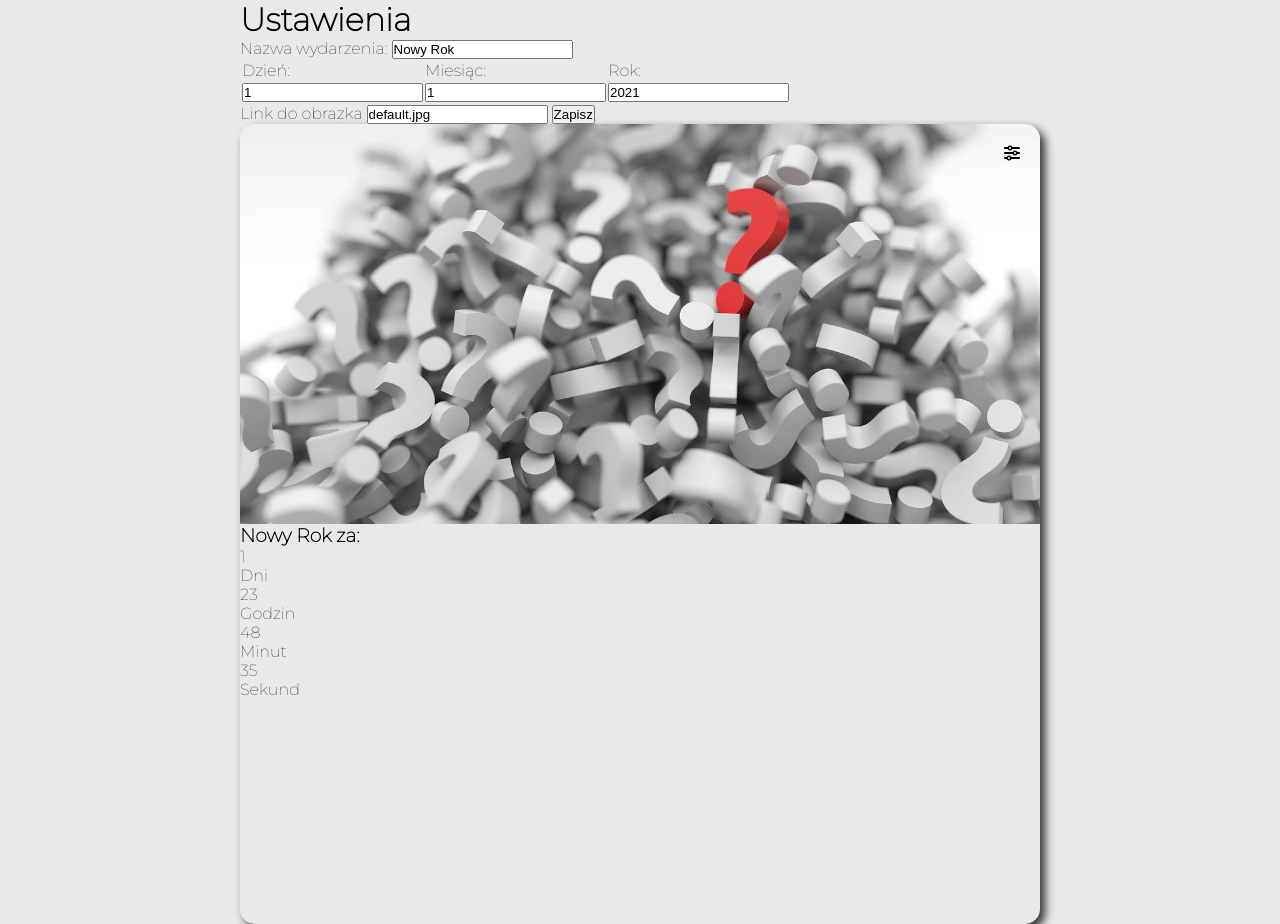
Repository: KrzysKolo/Projekt-8_Czasomierz
Page: index.html
These files come from the project's save history. The page is drawn as it stood at one moment and after the next save; the edit follows.
The browser window is 1280 px wide. The pictures show the whole page.
Some web libraries are served in a nearby version.

Above is the page before, as saved 2020-07-19 10:19:07.

### index.html
<!DOCTYPE html>
<html lang="en">
  <head>
    <meta charset="UTF-8" />
    <meta name="viewport" content="width=device-width, initial-scale=1.0" />
    <script
      src="https://kit.fontawesome.com/21efeaf281.js"
      crossorigin="anonymous"
    ></script>
    <link
      href="https://fonts.googleapis.com/css2?family=Montserrat:wght@100&display=swap"
      rel="stylesheet"
    />
    <link rel="stylesheet" href="/css/style.css" />
    <title>Projekt 9</title>
  </head>
  <body>
    <main class="counter-app">
      <div class="settings active">
        <h1>Ustawienia</h1>
        <label for="event-name">Nazwa wydarzenia: </label>
        <input type="text" id="event-name" value="Nowy Rok" />
        <table class="date">
          <tr>
            <td><label for="event-day">Dzień:</label></td>
            <td><label for="event-month">Miesiąc:</label></td>
            <td><label for="event-year">Rok:</label></td>
          </tr>
          <tr>
            <td>
              <input type="number" id="event-day" maxlength="2" value="1" />
            </td>
            <td>
              <input type="number" id="event-month" maxlength="2" value="1" />
            </td>
            <td>
              <input type="number" id="event-year" maxlength="4" value="2021" />
            </td>
          </tr>
        </table>
        <label for="eveny-image">Link do obrazka</label>
        <input type="text" id="eveny-image" value="default.jpg" />
        <button class="save">Zapisz</button>
      </div>

      <div class="app-body">
        <div class="image-section">
          <div class="settings-btn">
            <i class="fas fa-sliders-h"></i>
          </div>
        </div>
        <div class="time-section">
          <h3>
            <span class="event">Nowy Rok</> </span>za:
          </h3>
          <div class="time-cards">
            <div class="card">
                <p class="days-count number">1</p>
                <p class="card-title">Dni</p>
            </div>
            <div class="card">
                <p class="hours-count number">23</p>
                <p class="card-title">Godzin</p>
            </div>
            <div class="card">
                <p class="minutes-count number">48</p>
                <p class="card-title">Minut</p>
            </div>
            <div class="card">
                <p class="seconds-count number">35</p>
                <p class="card-title">Sekund</p>
            </div>
          </div>
        </div>
      </div>
    </main>
    <script src="./js/index.js"></script>
  </body>
</html>

### css/style.css
* {
  box-sizing: border-box;
  margin: 0;
  padding: 0;
}
body {
  display: flex;
  justify-content: center;
  align-items: center;
  min-height: 100vh;
  font-family: "Montserrat", sans-serif;
  background-color: rgb(233, 233, 233);
}
.counter-app {
  position: relative;
}
.app-body {
  display: flex;
  flex-direction: column;
  width: 800px;
  height: 800px;
  border-radius: 15px;
  box-shadow: 5px 5px 10px rgba(0, 0, 0, 0.8);
  overflow: hidden;
}
.image-section {
  position: relative;
  height: 400px;
  background-image: url("./../img/default.jpg");
  background-size: cover;
  background-position: center;
}
.settings-btn {
  position: absolute;
  top: 20px;
  right: 20px;
}

Loaded but not shown: js/index.js (no copy from this time; the picture is the same without it)

After the next save:
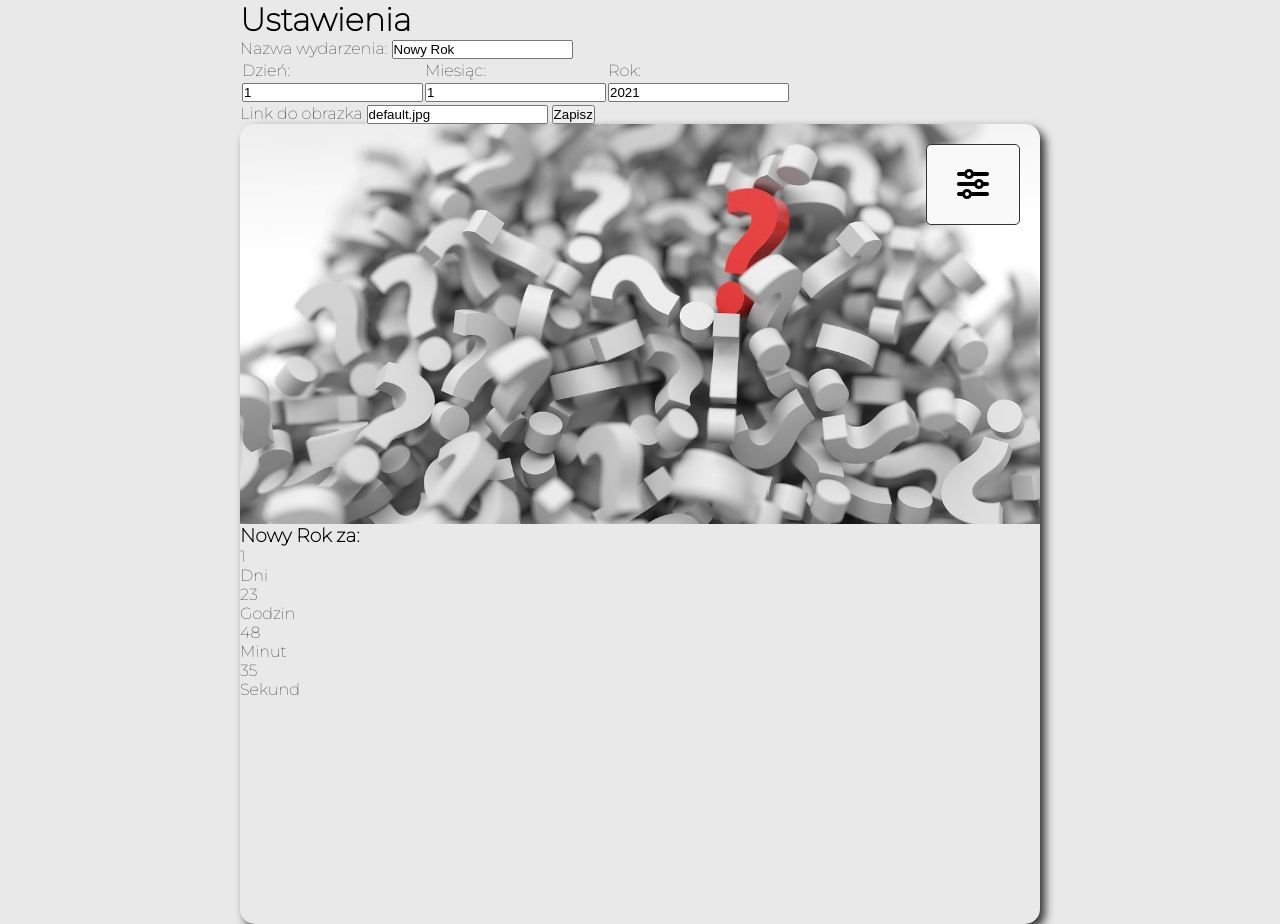
Saved 49 s later.
--- a/css/style.css
+++ b/css/style.css
@@ -34,4 +34,11 @@ body {
   position: absolute;
   top: 20px;
   right: 20px;
+  padding: 20px 30px;
+  font-size: 32px;
+  background-color: #f9f9f9;
+  border: 1px solid #333;
+  border-radius: 5px;
+  cursor: pointer;
+  transition: background-color 0.3s, color 0.3s;
 }
